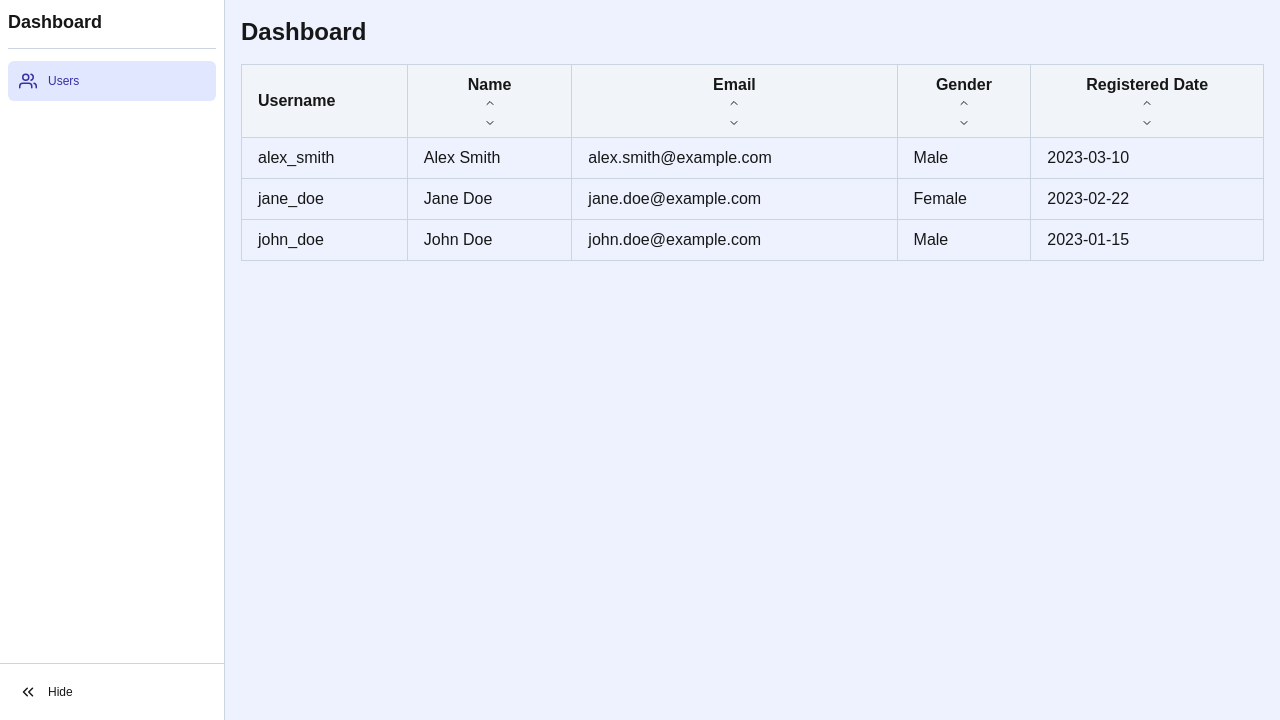
Repository: Ademaulana100499/userdashboard
Page: /
The author's editor kept a copy of each file at every save. The page is drawn from the files as they stood at one save, then again after the next save.
The browser window is 1280 px wide. The pictures show the whole page.
The project was rebuilt for these pictures with package versions that can differ from the ones it lists, and the page was loaded fresh each time. The framework's server and built-in components were replaced by stand-ins that run in the browser. Also part of the build but not shown: next.config.mjs.

Above is the page before, as saved 2025-02-14 18:56:59.

After the next save:
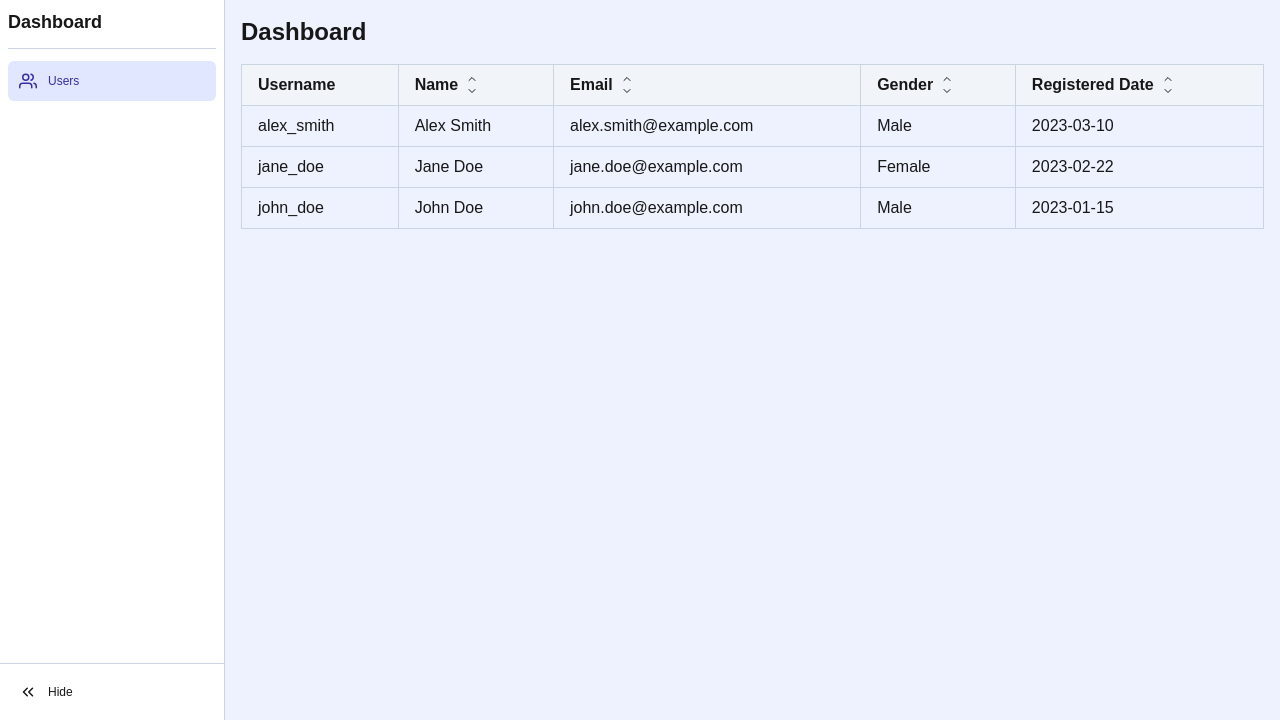
Saved 79 s later.
--- a/src/components/DashboardContent.jsx
+++ b/src/components/DashboardContent.jsx
@@ -76,44 +76,44 @@ const DashboardContent = () => {
             <th
               className="border border-slate-300 px-4 py-2 text-left cursor-pointer"
               onClick={() => requestSort("name")}>
-              <div className="flex flex-col items-center">
+              <div className="flex items-center justify-start">
                 Name
-                <div className="flex flex-col">
-                  <FiChevronUp className="text-xs mb-1" />
-                  <FiChevronDown className="text-xs mt-1" />
+                <div className="flex flex-col ml-2">
+                  <FiChevronUp className="text-xs" />
+                  <FiChevronDown className="text-xs" />
                 </div>
               </div>
             </th>
             <th
               className="border border-slate-300 px-4 py-2 text-left cursor-pointer"
               onClick={() => requestSort("email")}>
-              <div className="flex flex-col items-center">
+              <div className="flex items-center justify-start">
                 Email
-                <div className="flex flex-col">
-                  <FiChevronUp className="text-xs mb-1" />
-                  <FiChevronDown className="text-xs mt-1" />
+                <div className="flex flex-col ml-2">
+                  <FiChevronUp className="text-xs" />
+                  <FiChevronDown className="text-xs" />
                 </div>
               </div>
             </th>
             <th
               className="border border-slate-300 px-4 py-2 text-left cursor-pointer"
               onClick={() => requestSort("gender")}>
-              <div className="flex flex-col items-center">
+              <div className="flex items-center justify-start">
                 Gender
-                <div className="flex flex-col">
-                  <FiChevronUp className="text-xs mb-1" />
-                  <FiChevronDown className="text-xs mt-1" />
+                <div className="flex flex-col ml-2">
+                  <FiChevronUp className="text-xs" />
+                  <FiChevronDown className="text-xs" />
                 </div>
               </div>
             </th>
             <th
               className="border border-slate-300 px-4 py-2 text-left cursor-pointer"
               onClick={() => requestSort("registeredDate")}>
-              <div className="flex flex-col items-center">
+              <div className="flex items-center justify-start">
                 Registered Date
-                <div className="flex flex-col">
-                  <FiChevronUp className="text-xs mb-1" />
-                  <FiChevronDown className="text-xs mt-1" />
+                <div className="flex flex-col ml-2">
+                  <FiChevronUp className="text-xs" />
+                  <FiChevronDown className="text-xs" />
                 </div>
               </div>
             </th>
